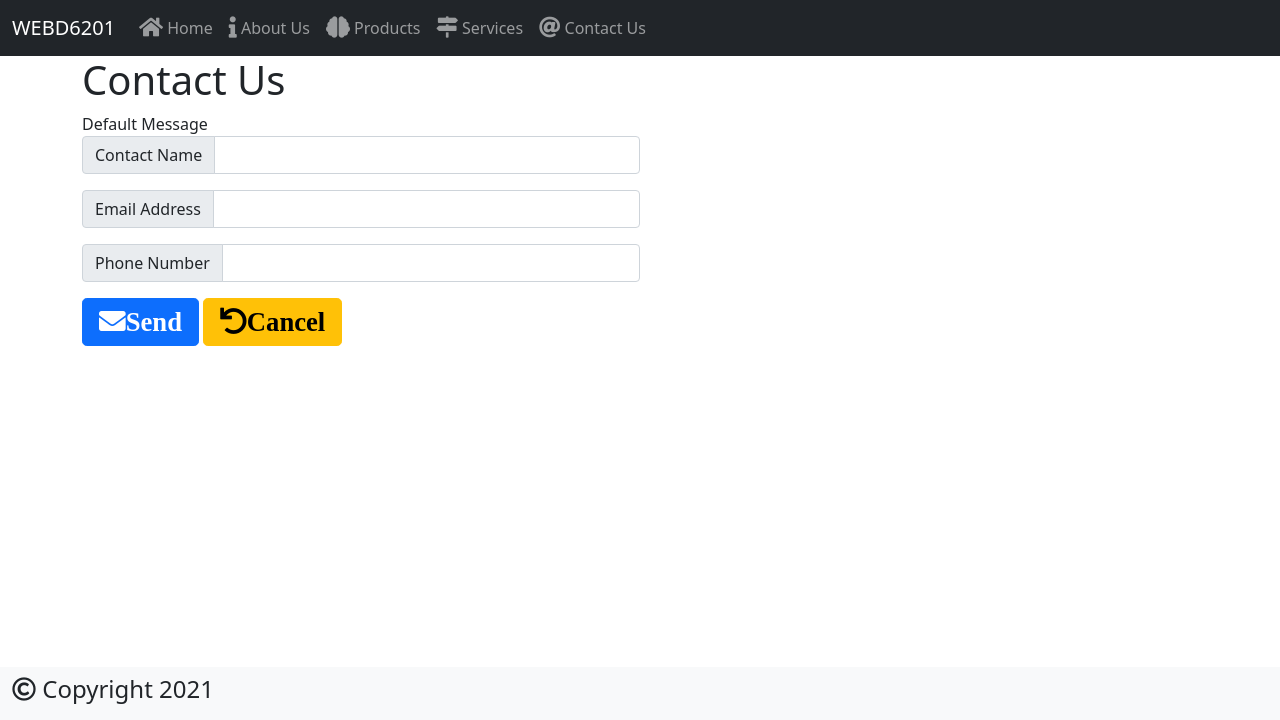
Repository: GarlicButterBoy/WEBD6201-Week1
Page: contact.html
An editor plug-in stored every save of this project. The page is shown before and after the next save, followed by the edit.
The browser window is 1280 px wide. The pictures show the whole page.

Above is the page before, as saved 2021-01-21 09:45:13.
Console error: TypeError: Cannot read properties of null (reading 'addEventListener')

After the next save:
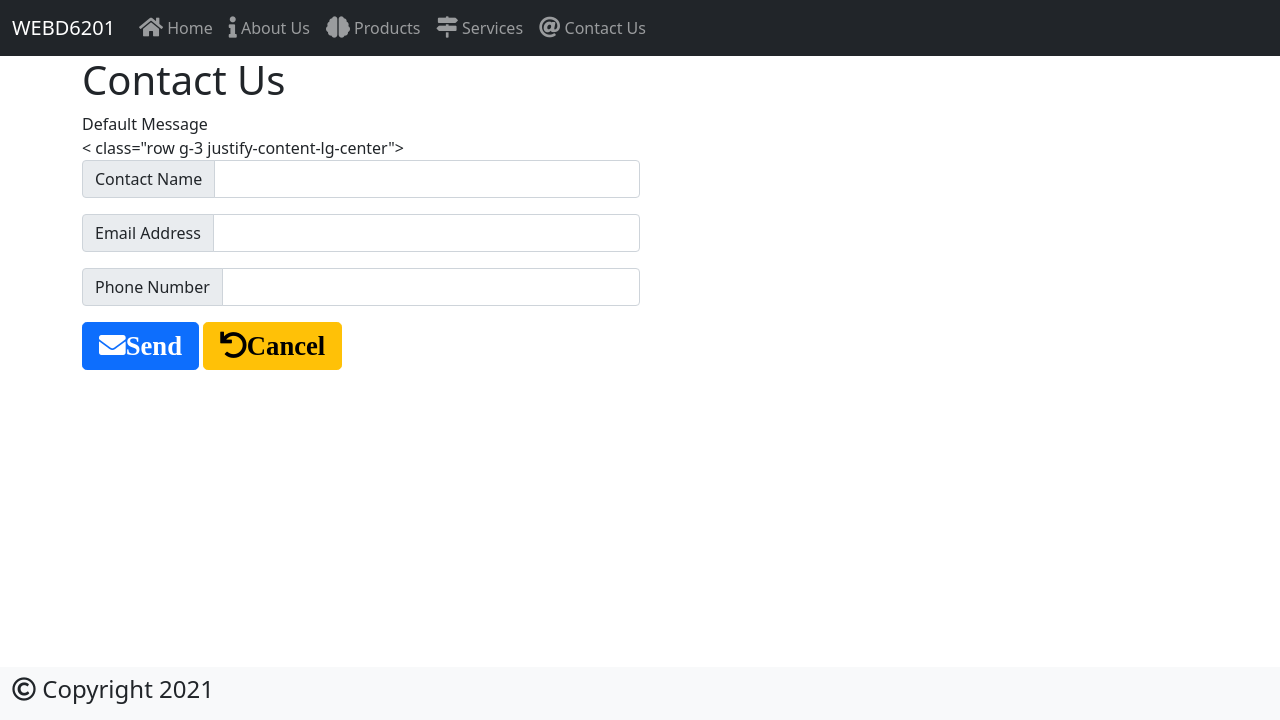
Saved 11 s later.
--- a/contact.html
+++ b/contact.html
@@ -61,7 +61,7 @@
 
         <div class="" id="messageArea">Default Message</div>
 
-        <class="row g-3 justify-content-lg-center">
+        < class="row g-3 justify-content-lg-center">
         <form class="col-lg-6 col-md-10 col-sm-10">
 
           <div class="input-group mb-3">
@@ -84,7 +84,7 @@
         </form>
 
 
-      </class=>
+      </>
     </main>
 <!--Main Footer-->
     <footer>
